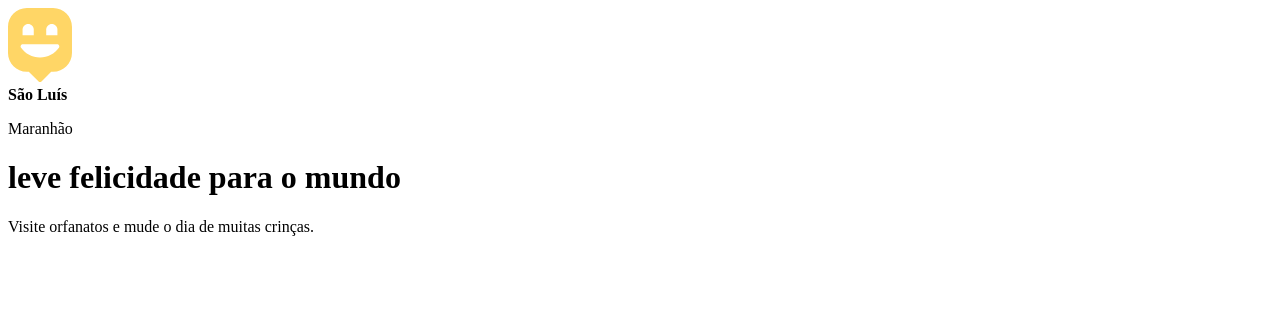
Repository: SrtaPoe/nlw
Page: index.html
An editor plug-in stored every save of this project. The page is shown before and after the next save, followed by the edit.
The browser window is 1280 px wide. The pictures show the whole page.

Above is the page before, as saved 2020-10-12 15:59:22.

After the next save:
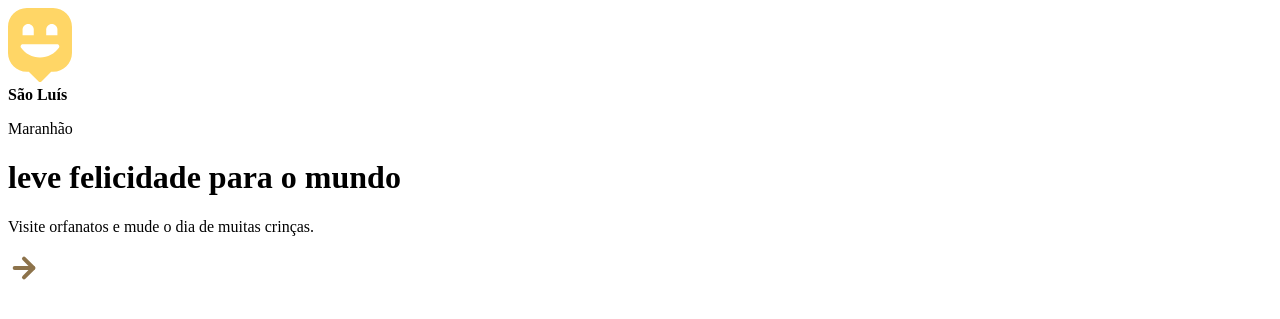
Saved 109 s later.
--- a/index.html
+++ b/index.html
@@ -24,7 +24,9 @@
             <p>Visite orfanatos e mude o dia de muitas crinças.</p>
         </section>
 
-        <a href="#"></a>
+        <a href="#">
+            <img src="/public/images/arrow.svg" alt="Ir para o mapa">
+        </a>
 
     </main>
   </body>
